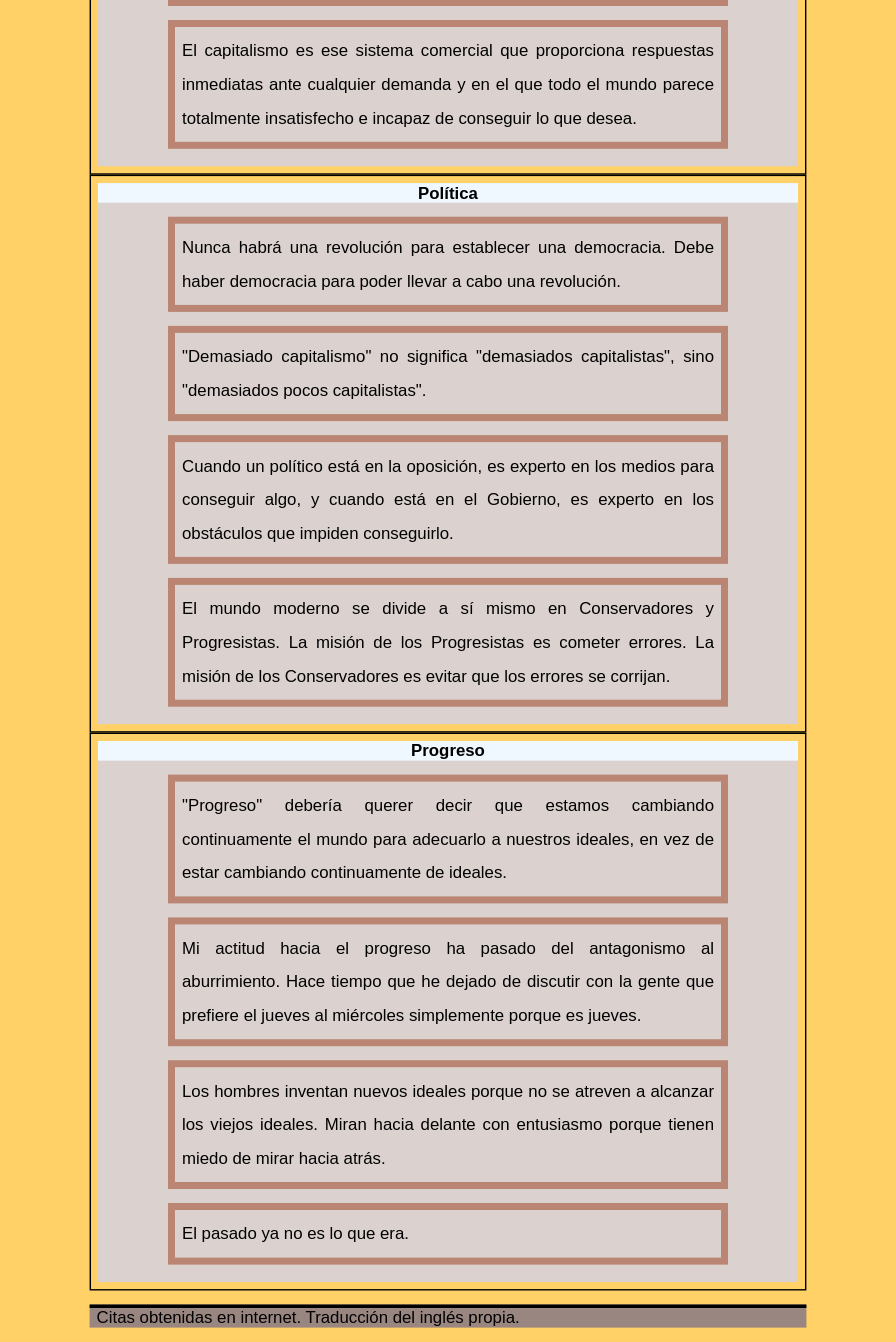
Repository: EmilyMachuca-Developer/Advanced-Programming-Projects
Page: index.html
These files come from the project's save history. The page is drawn as it stood at one moment and after the next save; the edit follows.
The browser window is 1280 px wide. The pictures show the part of the page from y = 751 to 2671 px (the page is 2668 px tall before and 2696 px after), at 70% of full size.

Above is the page before, as saved 2024-02-26 20:50:50.

After the next save:
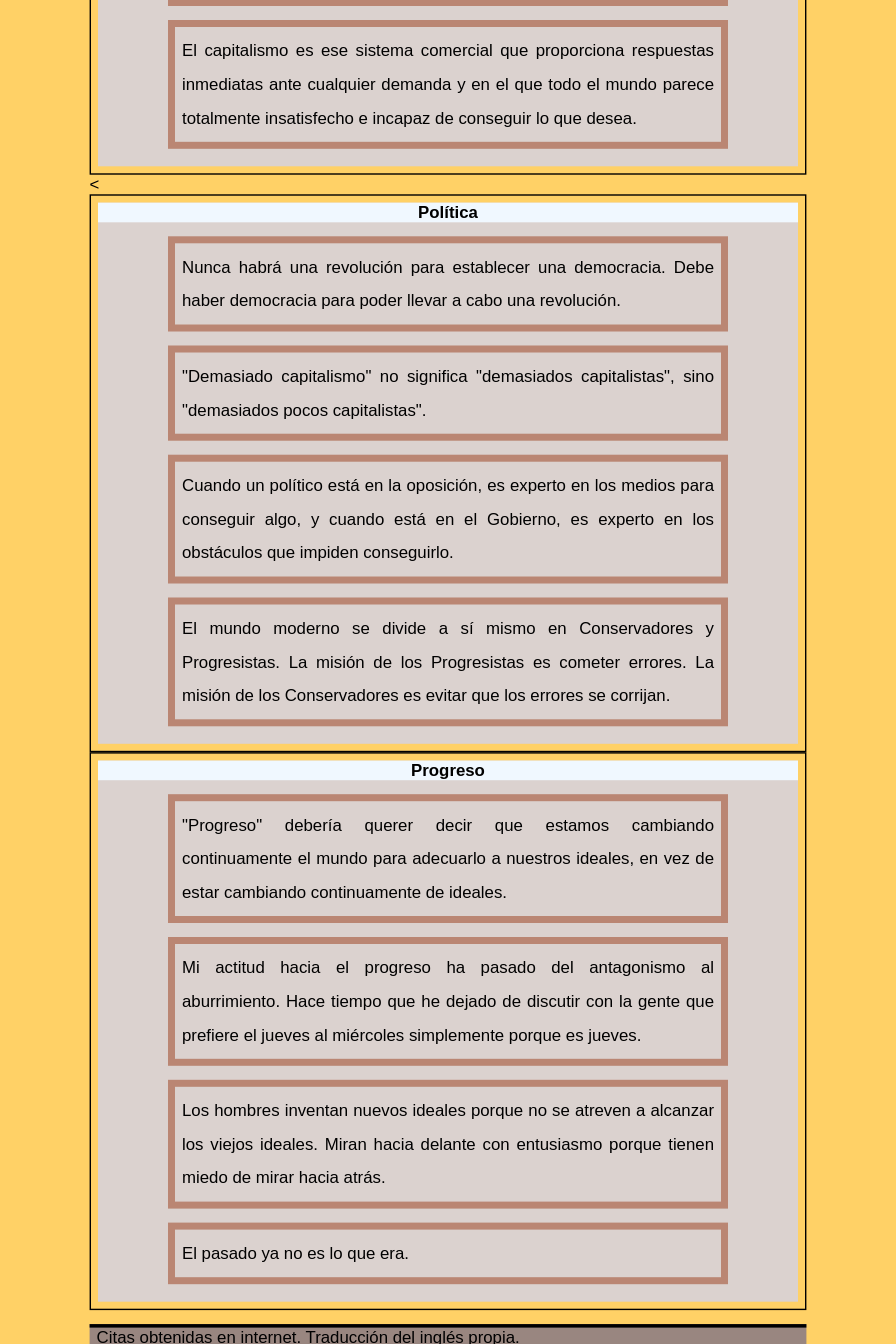
Saved 20 s later.
--- a/index.html
+++ b/index.html
@@ -17,12 +17,12 @@
             <div><p>El capitalismo es ese sistema comercial que proporciona respuestas inmediatas ante cualquier demanda y en el que todo el mundo parece totalmente insatisfecho e incapaz de conseguir lo que desea.</p></div>
         </div></section></main>
 
-        <div><main><section><div style="background-color: aliceblue;"><h7><strong><center>Política</center></strong></h7></div>
+        <<main><section><div style="background-color: aliceblue;"><h7><strong><center>Política</center></strong></h7></div>
             <div><p>Nunca habrá una revolución para establecer una democracia. Debe haber democracia para poder llevar a cabo una revolución.</p>
                 <div><p>"Demasiado capitalismo" no significa "demasiados capitalistas", sino "demasiados pocos capitalistas".</p></div>
                 <div><p>Cuando un político está en la oposición, es experto en los medios para conseguir algo, y cuando está en el Gobierno, es experto en los obstáculos que impiden conseguirlo.</p></div>
                 <div><p>El mundo moderno se divide a sí mismo en Conservadores y Progresistas. La misión de los Progresistas es cometer errores. La misión de los Conservadores es evitar que los errores se corrijan.</p></div>
-            </div></section></main></div>
+            </div></section></main>
 
             <div><main><section><div style="background-color: aliceblue;"><h7><strong><center>Progreso</center></strong></h7></div>
                 <div><p>"Progreso" debería querer decir que estamos cambiando continuamente el mundo para adecuarlo a nuestros ideales, en vez de estar cambiando continuamente de ideales.</p>

After the save that followed:
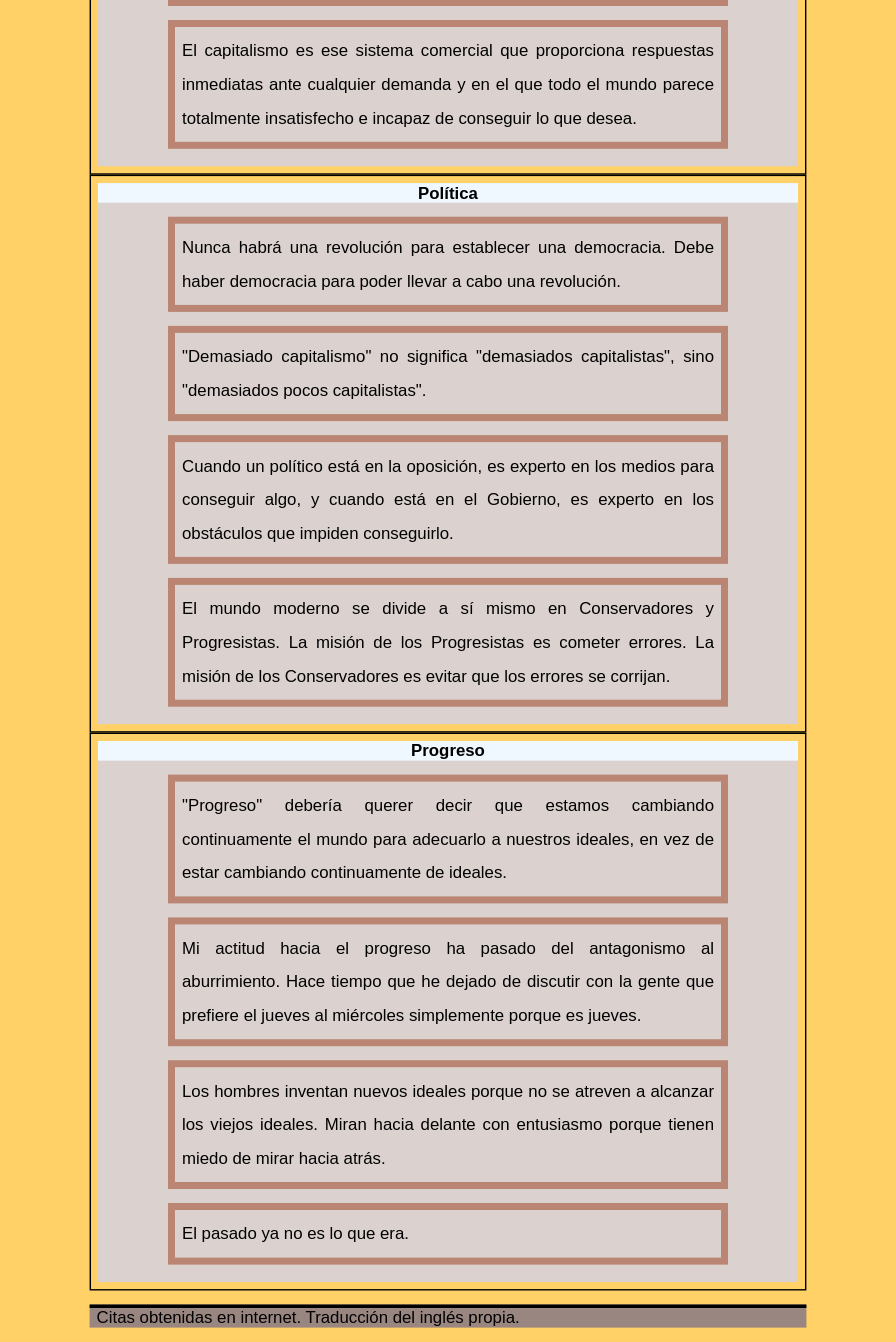
Saved 34 s later.
--- a/index.html
+++ b/index.html
@@ -17,7 +17,7 @@
             <div><p>El capitalismo es ese sistema comercial que proporciona respuestas inmediatas ante cualquier demanda y en el que todo el mundo parece totalmente insatisfecho e incapaz de conseguir lo que desea.</p></div>
         </div></section></main>
 
-        <<main><section><div style="background-color: aliceblue;"><h7><strong><center>Política</center></strong></h7></div>
+        <main><section><div style="background-color: aliceblue;"><h7><strong><center>Política</center></strong></h7></div>
             <div><p>Nunca habrá una revolución para establecer una democracia. Debe haber democracia para poder llevar a cabo una revolución.</p>
                 <div><p>"Demasiado capitalismo" no significa "demasiados capitalistas", sino "demasiados pocos capitalistas".</p></div>
                 <div><p>Cuando un político está en la oposición, es experto en los medios para conseguir algo, y cuando está en el Gobierno, es experto en los obstáculos que impiden conseguirlo.</p></div>
